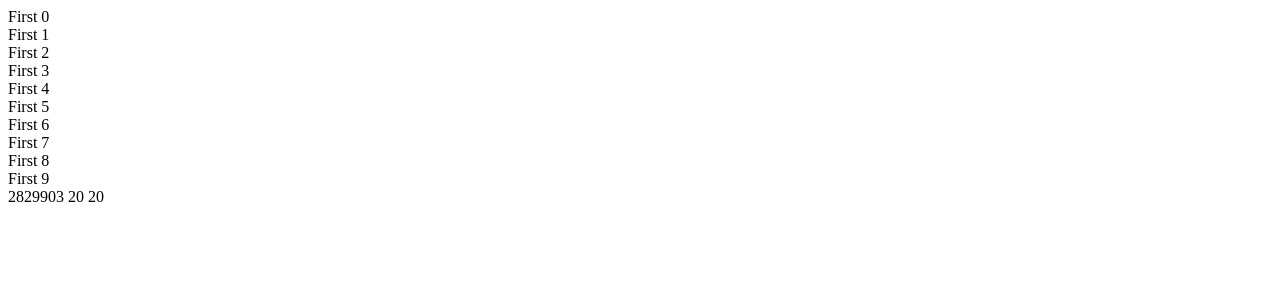
Repository: tuski/JavaProjects
Page: http://localhost/JSPTagDemo/home.jsp
These files come from the project's save history. The page is drawn as it stood at one moment and after the next save; the edit follows.
The browser window is 1280 px wide. The pictures show the whole page.
The page is served by Tomcat 9.

Above is the page before, as saved 2017-07-27 11:27:52.

### JSPTagDemo/WebContent/home.jsp
<%@ page language="java" contentType="text/html; charset=ISO-8859-1"
    pageEncoding="ISO-8859-1" import="java.util.*, com.tusar.*" %>

<%@ taglib uri="http://java.sun.com/jsp/jstl/core" prefix="c" %>
<!DOCTYPE html PUBLIC "-//W3C//DTD HTML 4.01 Transitional//EN" "http://www.w3.org/TR/html4/loose.dtd">
<html>
<head>
<meta http-equiv="Content-Type" content="text/html; charset=ISO-8859-1">
<title>JSP tag demo</title>
</head>
<body>
 <% List<Student> students=new ArrayList<>();
 for(int i=0;i<10;i++){
	 students.add(new Student("First "+i,"Last "+i,10+i));
 }
 pageContext.setAttribute("studentList", students);
 %>

 <c:forEach var="student" items="${studentList}">
   <c:out value="${student.firstName}"/><br/>
 </c:forEach>


<c:out value=" ${2829903 } " />

<c:set  var="data" scope="session"  value="${20 }" ></c:set>

<c:out value="${data }"> <c:out value="${data}"></c:out>
</c:out>
<c:if test="${ data>100}" >
   <c:out value="${data}"/>
</c:if>

<c:if test="${not (data>100) }">
   <c:out value="${data}"/>
   </c:if>

<c:choose>
<c:when test="${data>100 }">
    <c:out value="${data}"/>
</c:when>
<c:otherwise>

</c:otherwise>

</c:choose>

</body>
</html>

### JSPTagDemo/src/com/tusar/Student.java
package com.tusar;
import java.io.Serializable;

public class Student implements Serializable{

	private String firstName, lastName;
	private int age;
	public Student(String firstName, String lastName, int age) {
		super();
		this.firstName = firstName;
		this.lastName = lastName;
		this.age = age;
	}
	public String getFirstName() {
		return firstName;
	}
	public String getLastName() {
		return lastName;
	}
	public int getAge() {
		return age;
	}
	@Override
	public String toString() {
		return "Student [firstName=" + firstName + ", lastName=" + lastName + ", age=" + age + "]";
	}



}

After the next save:
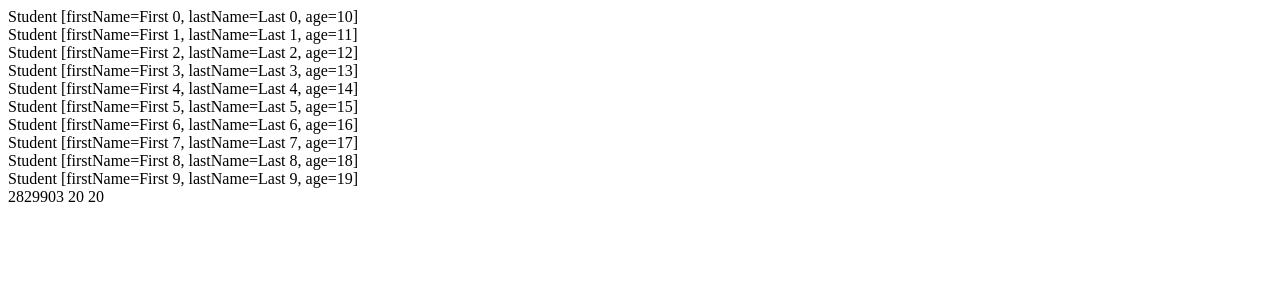
Saved 19 s later.
--- a/JSPTagDemo/WebContent/home.jsp
+++ b/JSPTagDemo/WebContent/home.jsp
@@ -17,7 +17,7 @@
  %>
 
  <c:forEach var="student" items="${studentList}">
-   <c:out value="${student.firstName}"/><br/>
+   <c:out value="${student}"/><br/>
  </c:forEach>
 
 
